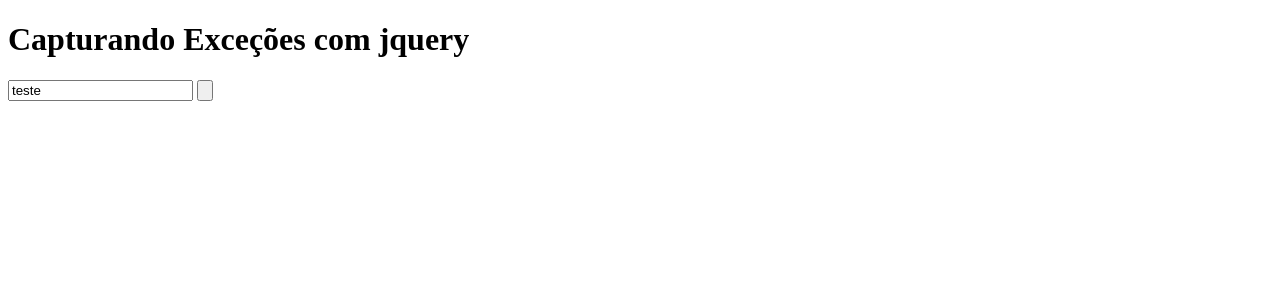
Repository: VictorGOrellana/RecursosJava
Page: http://localhost/curso.edu/pages/capturarExcecoes.jsp
An editor plug-in stored every save of this project. The page is shown before and after the next save, followed by the edit.
The browser window is 1280 px wide. The pictures show the whole page.
The page is served by Tomcat 9.

Above is the page before, as saved 2019-07-23 14:20:49.

After the next save:
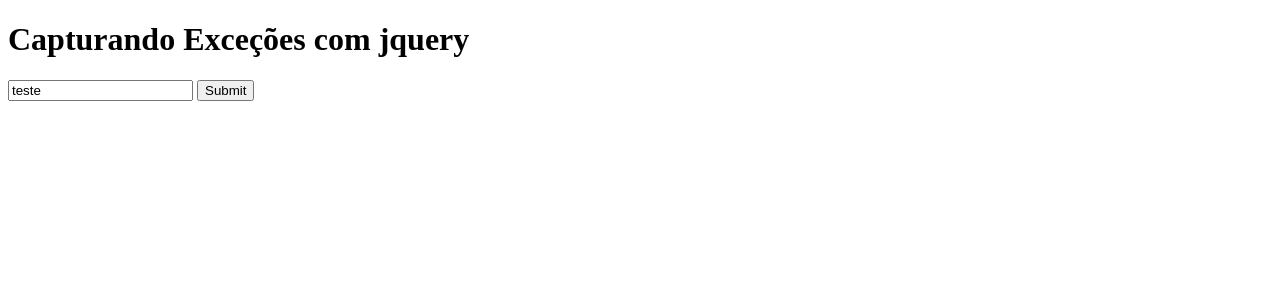
Saved 49 s later.
--- a/curso.edu/WebContent/pages/capturarExcecoes.jsp
+++ b/curso.edu/WebContent/pages/capturarExcecoes.jsp
@@ -12,7 +12,7 @@
 	<h1>Capturando Exceções com jquery</h1>
 
 	<input type="text" value = "teste">
-	<input type="button" onclick = "testeJQuery();" name = "Submit">
+	<input type="button" onclick = "testeJQuery();" value = "Submit">
 
 <script type="text/javascript">
 	function testeJQuery(){
